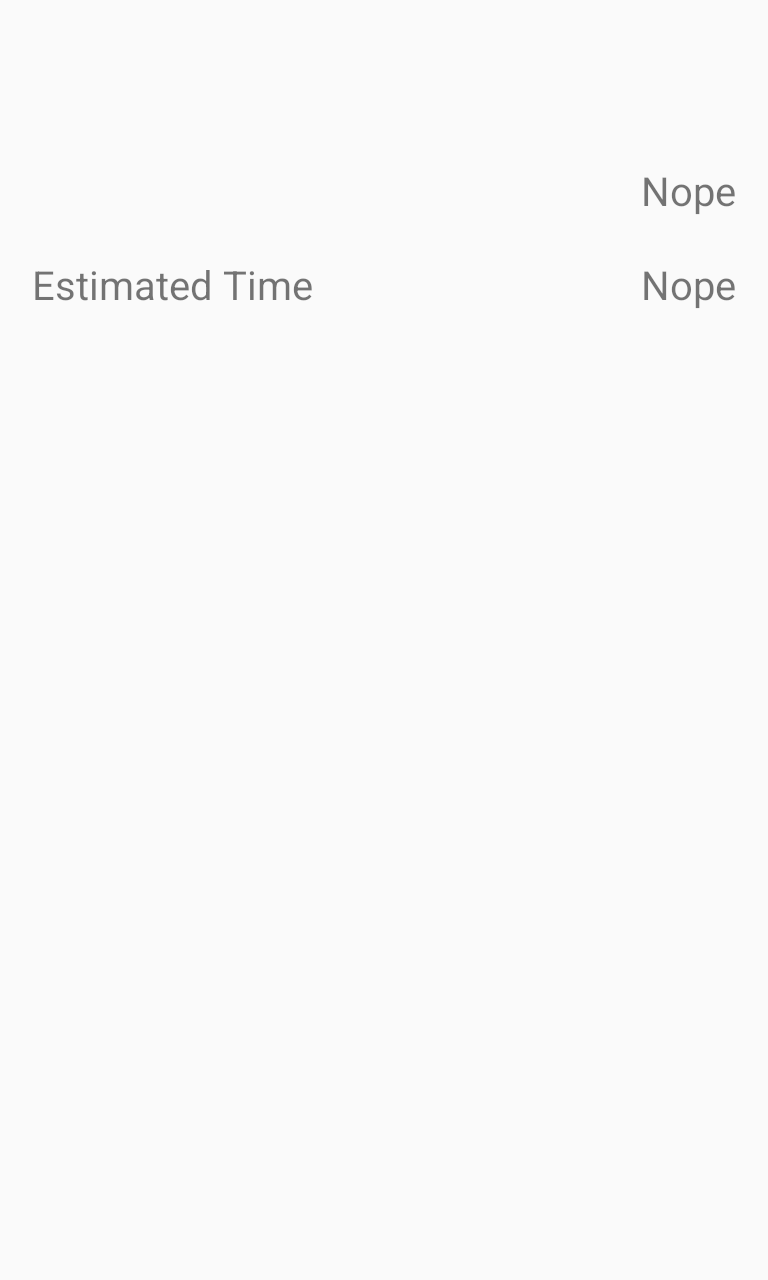
Repository: ag-chirag/brainwaves_enigma
Layout: mobile/Brainwaves/QLess/res/layout/activity_status.xml
The author's editor kept a copy of each file at every save. The layout is drawn from the files as they stood at one save, then again after the next save.
It is drawn on a 768 x 1280 px phone screen (xhdpi) without system bars, with theme AppTheme; the app's code is not run.

Above is the layout before, as saved 2014-11-08 18:00:56.

### mobile/Brainwaves/QLess/res/layout/activity_status.xml
<RelativeLayout xmlns:android="http://schemas.android.com/apk/res/android"
    xmlns:tools="http://schemas.android.com/tools"
    android:layout_width="match_parent"
    android:layout_height="match_parent"
    android:paddingBottom="@dimen/activity_vertical_margin"
    android:paddingLeft="@dimen/activity_horizontal_margin"
    android:paddingRight="@dimen/activity_horizontal_margin"
    android:paddingTop="@dimen/activity_vertical_margin"
    tools:context="com.example.qless.StatusActivity" >

    <TextView
       	android:layout_width="wrap_content"
       	android:layout_height="wrap_content"
       	android:id="@+id/textview1"
       	android:text="@+id/status"
       	android:layout_marginTop="5dp"
       	android:layout_centerHorizontal="true"
       	android:textColor="@color/blue"
        android:textSize="30sp"
        />

    <TextView
       	android:layout_width="wrap_content"
       	android:layout_height="wrap_content"
       	android:id="@+id/textview2"
       	android:text="@+id/crowd"
       	android:layout_below="@+id/textview1"
       	android:layout_marginTop="20dp"
       	android:gravity="left"
        android:textSize="20sp"
        />

    <TextView
        android:layout_width="wrap_content"
        android:layout_height="wrap_content"
        android:id="@+id/customer_number"
        android:text="Nope"
        android:layout_below="@+id/textview1"
        android:layout_alignParentRight="true"
        android:layout_marginTop="20dp"
        android:gravity="right"
        android:textSize="20sp"
        />

    <TextView
       	android:layout_width="wrap_content"
       	android:layout_height="wrap_content"
       	android:id="@+id/textview3"
       	android:text="Estimated Time"
       	android:layout_below="@+id/textview2"
       	android:layout_marginTop="20dp"
       	android:gravity="left"
        android:textSize="20sp"
        />

    <TextView
        android:layout_width="wrap_content"
        android:layout_height="wrap_content"
        android:id="@+id/time_left"
        android:text="Nope"
        android:layout_below="@+id/textview2"
        android:layout_alignParentRight="true"
        android:layout_marginTop="20dp"
        android:gravity="right"
        android:textSize="20sp"
        />

</RelativeLayout>

### mobile/Brainwaves/QLess/res/values/color.xml
<?xml version="1.0" encoding="utf-8"?>
<resources>

    <color name="blue">#446a99</color>
    <color name="red">#FF0000</color>
    <color name="black">#000000</color>
    <color name="green">#138808</color>
    <color name="bar">#ff0000</color>
    <color name="white">#fff</color>
    <color name="gray">#eeeeee</color>
    <color name="grey">	#CECECE</color>
    <color name="splash_bg">#eb5115</color>
        <color name="disable">#ccc</color>

    <color name="light_gray">#eeeeee</color>
    <color name="dark_gray">#424244</color>
    <color name="sirius_black">#000000</color>
    <color name="app_color">#ff8033</color>
    <color name="dashboard_bar">#ff8033</color>
    <color name="fixture_title">#000000</color>
    <color name="fixture_teams">#000</color>
    <color name="fixture_status">#000</color>
    <color name="score">#000</color>
    <color name="bar_sel">#ffa233</color>
    <color name="transparent_100">#FF000000</color>
    <color name="transparent_95">#F2000000</color>
    <color name="transparent_90">#E6000000</color>
    <color name="transparent_85">#D9000000</color>
    <color name="transparent_80">#CC000000</color>
    <color name="transparent_75">#BF000000</color>
    <color name="transparent_70">#B3000000</color>
    <color name="transparent_65">#A6000000</color>
    <color name="transparent_60">#99000000</color>
    <color name="transparent_55">#8C000000</color>
    <color name="transparent_50">#80000000</color>
    <color name="transparent_45">#73000000</color>
    <color name="transparent_40">#66000000</color>
    <color name="transparent_35">#59000000</color>
    <color name="transparent_30">#4D000000</color>
    <color name="transparent_25">#40000000</color>
    <color name="transparent_20">#33000000</color>
    <color name="transparent_15">#26000000</color>
    <color name="transparent_10">#1A000000</color>
    <color name="transparent_">#0D000000</color>
    <color name="transparent_0">#00000000</color>
    <color name="dashboard_bg">#eeeeee</color>
    <color name="circle_dashbord_count">#333333</color>
    <color name="live">#cc1111</color>
    <color name="no_matches_sel">#424244</color>
    <color name="no_matches_def">#333333</color>
    <color name="no_matches">#999999</color>
    <color name="bar_header">#2f74a7</color>
    <color name="chart_won">#2f74a7</color>
    <color name="chart_lost">#cc1111</color>
    <color name="chart_tie">#e04a3b</color>
    <color name="achievement">#3d96d8</color>
    <color name="player_name_solo">#ed5114</color>
    <color name="hrr">#333333</color>
    <color name="h_h_header">#666666</color>
    <color name="h_h_text">#333333</color>
    <color name="app_green">#779f38</color>
        <color name="transparent_50_app_color">#80ff8033</color>

</resources>

Loaded but not shown: mobile/Brainwaves/QLess/res/values/styles.xml (common file); mobile/Brainwaves/QLess/res/values-v11/styles.xml (common file); mobile/Brainwaves/QLess/res/values-v14/styles.xml (common file); mobile/Brainwaves/QLess/res/values/dimens.xml (common file); mobile/Brainwaves/QLess/res/values-w820dp/dimens.xml (common file)

After the next save:
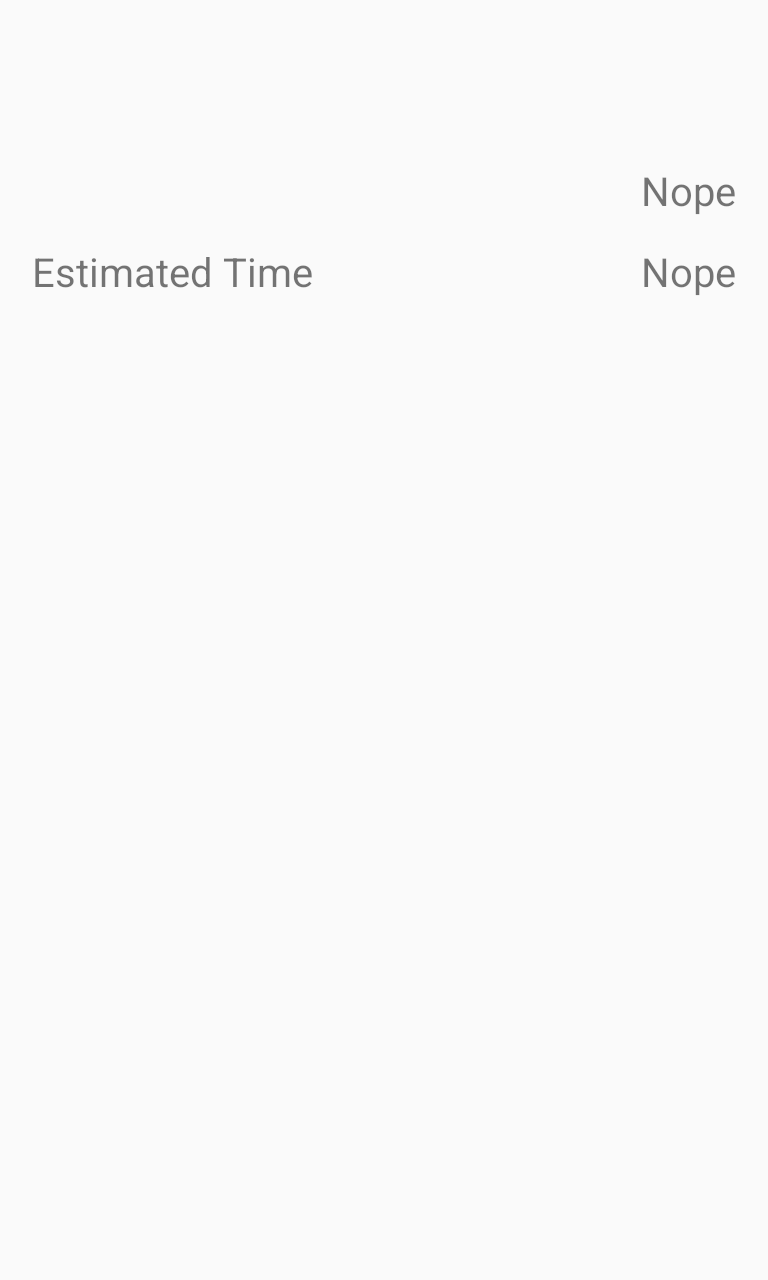
Saved 13 s later.
--- a/mobile/Brainwaves/QLess/res/layout/activity_status.xml
+++ b/mobile/Brainwaves/QLess/res/layout/activity_status.xml
@@ -27,7 +27,7 @@
        	android:layout_below="@+id/textview1"
        	android:layout_marginTop="20dp"
        	android:gravity="left"
-        android:textSize="20sp"
+        android:textSize="15sp"
         />
 
     <TextView
